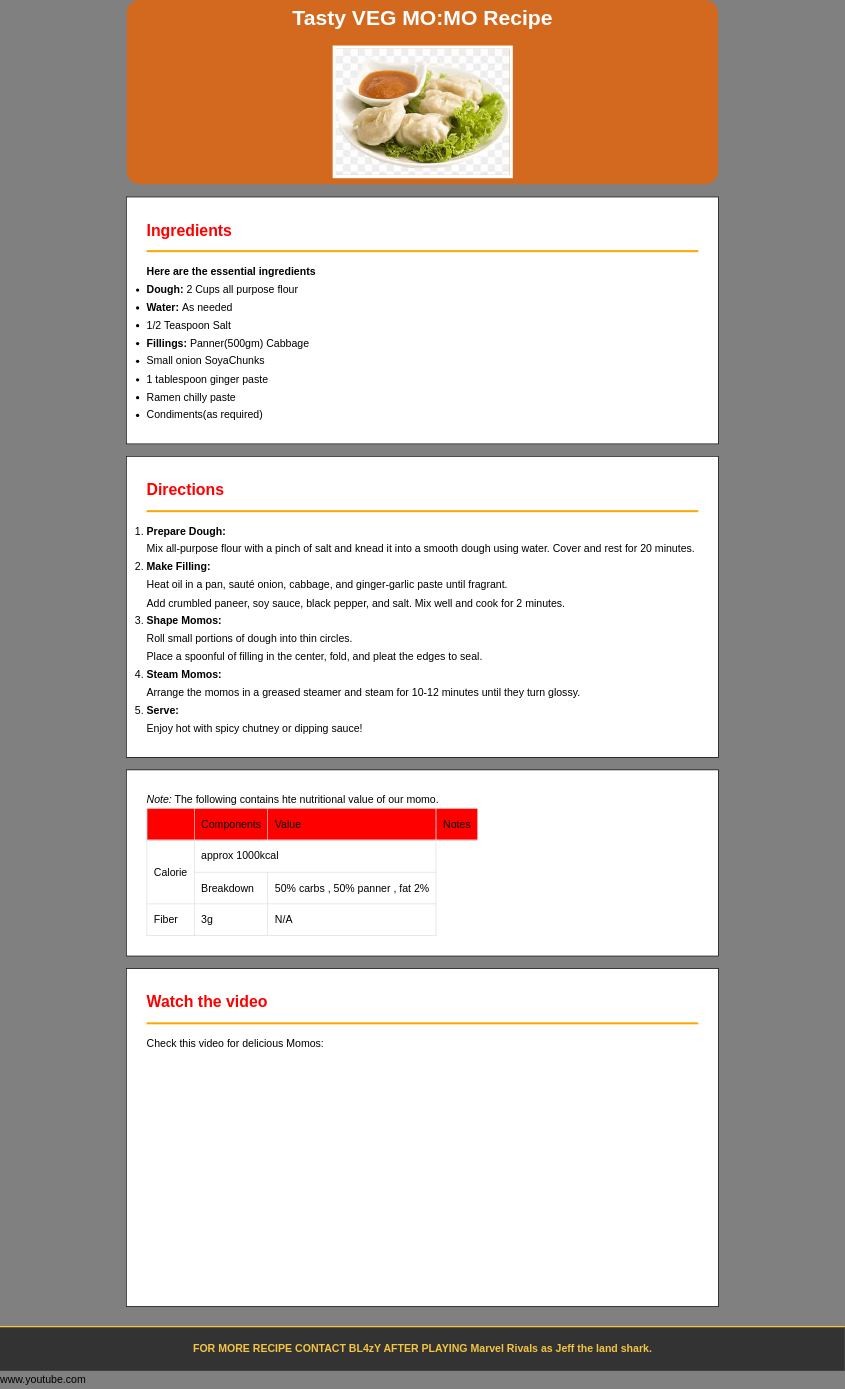
Repository: GigaByte6610/recipe
Page: index.html
The author's editor kept a copy of each file at every save. The page is drawn from the files as they stood at one save, then again after the next save.
The browser window is 1280 px wide. The pictures show the whole page, at 66% of full size.
Pictures or frames that could not be fetched are drawn as grey boxes.

Above is the page before, as saved 2025-02-10 14:37:09.

After the next save:
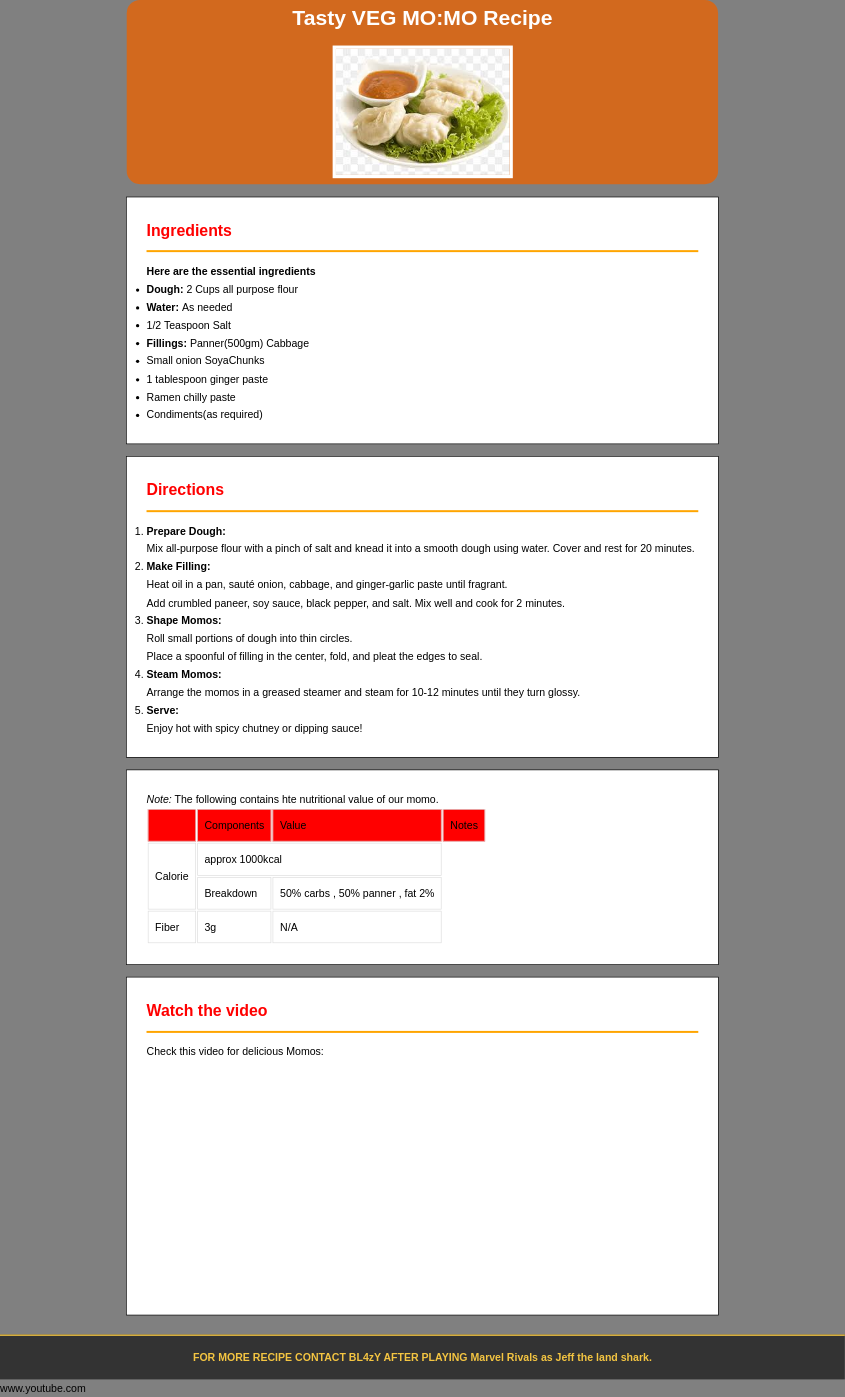
Saved 27 s later.
--- a/style.css
+++ b/style.css
@@ -51,7 +51,7 @@
 table {
     width: 100;
     border: 0;
-    border-collapse: collapse;
+    /* border-collapse: collapse; */
 }
 
 thead {

After the save that followed:
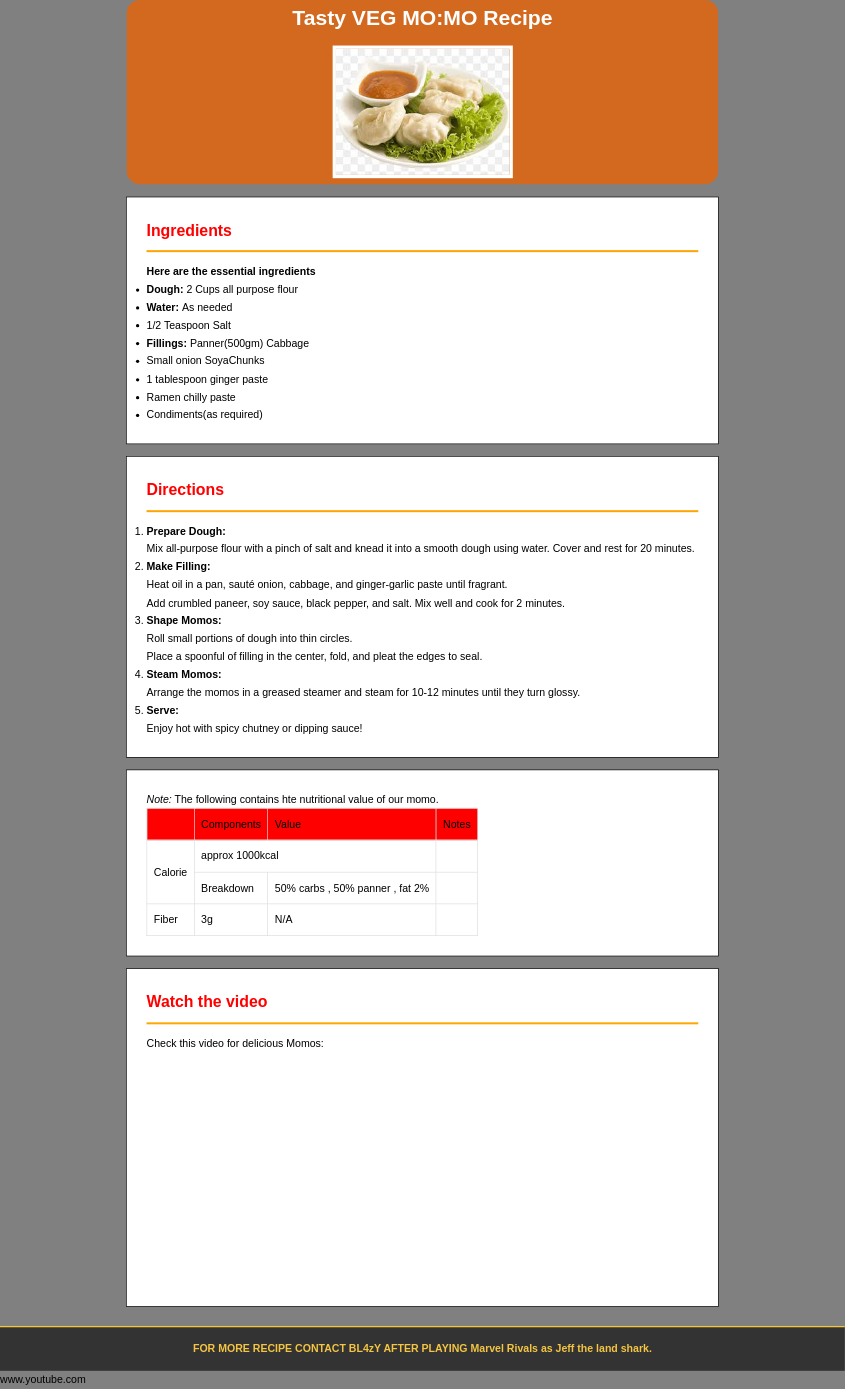
Saved 107 s later.
--- a/style.css
+++ b/style.css
@@ -51,7 +51,7 @@
 table {
     width: 100;
     border: 0;
-    /* border-collapse: collapse; */
+    border-collapse: collapse;
 }
 
 thead {
@@ -59,6 +59,7 @@
 }
 
 td,
+tr,
 th {
     border: 1px solid #ddd;
     padding: 10px;
